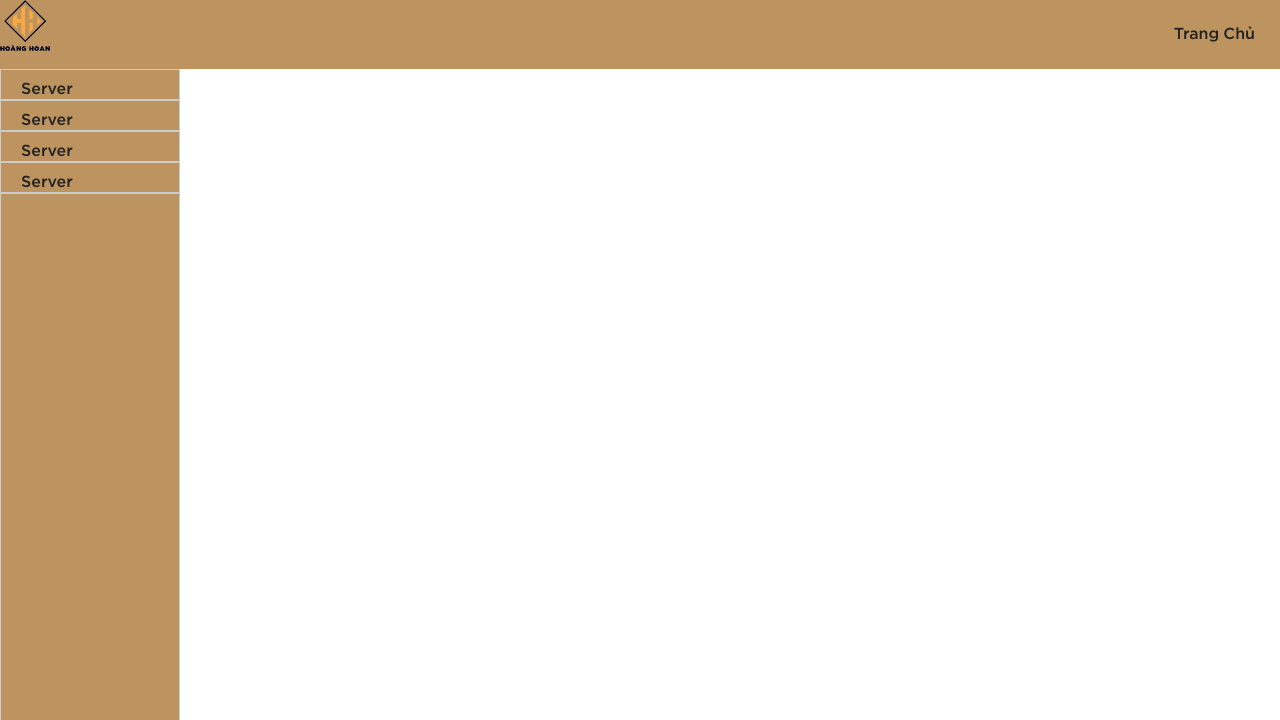
Repository: LDDUNG2003/prj_2
Page: /adminLocal
An editor plug-in stored every save of this project. The page is shown before and after a run of saves, followed by the edit.
The browser window is 1280 px wide. The pictures show the whole page.
The project was rebuilt for these pictures with package versions that can differ from the ones it lists, and the page was loaded fresh each time. Also part of the build but not shown: src/layouts/header/itemsHeader/index.js, src/layouts/header/loginHeader/index.js, src/layouts/header/index.js, src/layouts/footer/index.js, src/layouts/defaultLayout/index.js, src/styles/css/home.css, src/font-awesome/index.js, src/pages/home/setProductSlick/index.js and 10 more.

Above is the page before, as saved 2023-10-04 10:46:01.

### public/index.html
<!doctype html>
<html lang="en">
  <head>
    <meta charset="utf-8">
    <meta name="viewport" content="width=device-width, initial-scale=1">
    <link rel="shortcut icon" href="./img/logo.png">
    <link rel="preconnect" href="https://fonts.googleapis.com">
    <link rel="preconnect" href="https://fonts.gstatic.com" crossorigin>
    <link href="https://fonts.googleapis.com/css2?family=Roboto:ital,wght@0,100;0,300;0,400;0,500;1,100;1,400;1,500;1,700;1,900&display=swap" rel="stylesheet">
    <title>Nội Thất Hoàng Hoan</title>
  </head>
  <body>
    <div id="root"></div>
  </body>
</html>

### src/index.js
import React from 'react';
import ReactDOM from 'react-dom';
import App from './App';
import './index.css';

const root = ReactDOM.createRoot(document.getElementById('root'));
root.render(
  <React.StrictMode>
    <App />
  </React.StrictMode>,
);

### src/App.js
import React, { Component, Fragment } from 'react';
import { BrowserRouter as Router , Routes, Route } from 'react-router-dom';
import defaultLayout from './layouts/defaultLayout';
import AdminLayout from './layouts/AdminLayout';
import { publicRoute } from './routes';
import "slick-carousel/slick/slick.css";
import "slick-carousel/slick/slick-theme.css";
import './styles/css/responsive.css';

class App extends Component {
  render() {
    return (
      <Router>
        <div className="App">
        <Routes>
          {publicRoute.map((route ,index) => {
              const Page = route.component
              let Layout
              if(route.layout === 'notlayout'){
                Layout = Fragment
              }
              else if(route.layout === 'adminLayout'){
                Layout = AdminLayout
              }
              else{
                Layout = defaultLayout
              }
              return (<Route
                key={index}
                path={route.path}
                element={
                <Layout>
                    <Page/>
                  </Layout>
                }/>);
            })}
        </Routes>
        </div>
      </Router>
    );
  }
}

export default App;

### src/index.css
@font-face {
    font-family: "Gotham-Medium";
    src: url(./styles/front/Gotham-Medium.otf);
}

@font-face {
    font-family: "Gotham-Thin";
    src: url(./styles/front/Gotham-Thin.otf);
}

@font-face {
    font-family: "Gotham-Ultra";
    src: url(./styles/front/Gotham-Ultra.otf);
}

html,
body {
    height: 100%;
}

#root {
    height: 100%;
}

.App {
    height: 100%;
}

### src/layouts/AdminLayout/index.js
import Header from './Header'
import AdminMenu from './AdminMenu';

function AdminLayout({children}) {
    return (
       <div className='Admin-content'>
       <Header/>
       <div className="admin-content">
        <AdminMenu/><div className="content-admin">
          {children}
        </div>
       </div>
       </div>
     );
}

export default AdminLayout;

### src/routes/index.js
import Home from '~/pages/home'
import News from '~/pages/news'
import Contact from '~/pages/contact'
import page404 from '~/pages/notfoud'
import Login from '~/pages/login'
import AdminLocal from '~/pages/adminPage'
import Upload from '~/pages/adminPage/upLoad'
import LocaPage from '~/pages/adminPage/pageLocal'


const publicRoute = [
    {path: '/',component: Home},
    {path: '/news',component: News},
    {path: '/contact',component: Contact},
    {path: '/*',component: page404, layout: 'notlayout'},
    {path: '/login',component: Login,layout: 'notlayout'},
    {path: '/adminLocal/*',component:AdminLocal,layout: 'adminLayout'},
]

const AdminRoute = [
]

export  { AdminRoute, publicRoute}

### src/styles/css/responsive.css
@media (min-width:767px) {
    #mobileMenu {
        display: none;
    }
}

@media (max-width: 767px) {
    #root {
        margin: 0px 5px;
    }
    #mobileMenu {
        display: block;
        text-align: center;
    }
    .logo--block {
        width: 100%;
        display: flex;
        align-items: center;
        justify-content: space-between;
    }
    .navBar {
        display: block;
        height: auto;
    }
    .choose-item {
        width: 100%;
    }
    .menu-mobile {
        width: 40px;
        height: 40px;
        padding: 10px;
        border: 0px;
        background-color: var(--primary-color);
    }
    .news--item-container {
        font-size: 11px;
    }
    .content--title::before {
        display: none;
    }
    .new--item-heading {
        font-size: 14px;
    }
    .navBar__list {
        display: none;
        width: 100%;
    }
    .navBar__list-item {
        padding: 4px;
        border-bottom: 2px solid #ccc;
    }
    .about__us {
        background: none;
    }
    .about__us::before {
        background: none;
    }
    .content__focut {
        position: static;
    }
    .focut--item {
        width: 50%;
    }
    .content__banner {
        width: 100%;
    }
    .banner--content {
        display: none;
    }
    .slick-prev:before,
    .slick-next:before {
        display: none;
    }
    .about--background {
        display: none;
    }
    .about__us-bag {
        position: static;
    }
    .about--block {
        display: block;
    }
    .about--content {
        width: 100%;
        color: var(--text-color);
    }
    .about--content img {
        width: 100%;
    }
    .content--title {
        color: var(--text-color);
    }
    .news--contain {
        display: block;
    }
    .mobile-display {
        display: none;
    }
    .news--contain--item {
        width: 100%;
    }
    .news--list-item {
        width: 100%;
        overflow: hidden;
    }
    .news--list-item img {
        height: 100%;
    }
    .partner--list {
        flex-wrap: wrap;
    }
    .partner--item {
        width: 50%;
    }
    .content--contact {
        display: none;
    }
    .footer__lable {
        display: block;
    }
    .footer--list {
        width: 100%;
        padding: 10px 0px;
    }
    .footer--list-item {
        width: 100%;
        padding: 5px 0px;
    }
    /* news responsive */
    .news--content-list {
        margin: 0px 20px;
    }
    .news--content-item {
        width: 100%;
    }
    .featured--list {
        width: 100%;
        margin: 10px;
        flex-wrap: wrap;
    }
    .featured--item {
        width: 100%;
    }
}

### src/styles/css/base.css
* {
    padding: 0px;
    margin: 0px;
    font-family: "Gotham-Medium";
    text-align: justify;
}

:root {
    --primary-color: #bd945f;
    --text-color: #222222;
}


/* font setting */

.App {
    width: 100%;
    overflow: hidden;
    background-color: #fff;
}

.main {
    width: 100%;
}

.header {
    padding: 10px 0px;
    margin: auto;
    width: 100%;
    max-width: 1200px;
}

.navBar {
    display: flex;
    width: 100%;
    justify-content: space-between;
}

.logo {
    height: 60px;
}

.navBar__list {
    display: flex;
    list-style: none;
    align-items: center;
}

.navBar__list-item {
    margin: 0 10px;
    position: relative;
}

.navBar__list--link {
    text-transform: uppercase;
    font-size: 16px;
    color: var(--text-color);
    text-decoration: none;
}

.navBar__list-item::before {
    content: '';
    background-color: var(--primary-color);
    display: block;
    height: 4px;
    margin-top: 7px;
    width: 0px;
    top: 75%;
    position: absolute;
    transition: 0.3s;
    z-index: 1;
}

.Login--navBar {
    list-style: none;
    position: absolute;
    z-index: 1;
    width: 240px;
    background-color: #fff;
    padding: 15px;
    right: 0px;
    top: 150%;
    border-radius: 5px;
    border: solid 1px #ccc;
    display: none;
}

.Login--navBar::after {
    content: '';
    width: 120px;
    display: block;
    height: 9px;
    position: absolute;
    top: -9px;
    right: 0px;
}

.navBar__list-item:hover .Login--navBar {
    display: block;
}

.Login__list-item {
    padding: 4px 0px;
}

.select--item::before {
    content: '';
    background-color: var(--primary-color);
    display: block;
    height: 4px;
    margin-top: 7px;
    width: 65px;
    top: 75%;
    position: absolute;
    z-index: 1;
}

.navBar__list-item:hover::before {
    width: 65px;
}

.featured--content {
    padding-top: 10px;
    text-align: center;
}

.featured-name {
    display: contents;
    font-size: 18px;
    text-transform: capitalize;
}

.evaluate--list {
    list-style: none;
    display: flex;
    justify-content: center;
}

.evaluate--list li {
    padding: 5px;
    margin: 0;
}

.note-product {}

.content--title {
    font-size: 32px;
    padding: 50px 0px;
    text-align: center;
    position: relative;
    text-transform: uppercase;
}

.content--title::before {
    content: '';
    background-color: var(--primary-color);
    width: 90px;
    height: 9px;
    position: absolute;
    top: 70%;
    right: 47%;
}

.content__featured {
    width: 100%;
    max-width: 1200px;
    margin: auto;
    padding-bottom: 30px;
}

.featured--list {
    width: 100%;
    list-style: none;
    display: flex;
    text-align: center;
}

.featured--item {}

.featured--img {
    width: 80%;
    margin: auto;
}

.price-product {
    text-align: center;
    padding: 7px 0px;
    font-weight: 800;
    font-size: 16px;
}

.slick-prev:before,
.slick-next:before {
    color: var(--primary-color) !important;
    width: 15px;
    display: inline-block;
}

.footer {
    padding: 20px 0px;
    background-color: black;
}

.footer__lable {
    max-width: 1200px;
    margin: auto;
    display: flex;
    width: 100%;
    justify-content: space-around;
    color: #fff;
    justify-content: space-between;
}

.footer--list {
    list-style: none;
    width: 32%;
}

.footer--list-item {
    font-size: 16px;
    padding-top: 8px;
    text-transform: capitalize;
    font-family: initial;
}

.footer--list-heading {
    font-size: 18px;
    font-weight: 300;
    text-transform: uppercase;
    position: relative;
    padding-bottom: 0px;
    font-family: 'Gotham-Medium';
}

.footer--list-heading::after {
    content: '';
    background-color: var(--primary-color);
    width: 110px;
    padding-top: 6px;
    position: absolute;
    left: 0px;
    bottom: -8px;
}

.footer--inheri {
    text-transform: uppercase;
    font-weight: 600;
    font-size: 18px;
}

.footer--list-contact {
    display: flex;
    list-style: none;
}

.fooder--list-contact-item {
    width: 16px;
    padding: 5px;
}

### src/layouts/AdminLayout/Header/index.js
import { Link } from "react-router-dom";
import Logo from "~/logo.png"
import '../styles/index.css'
function Header() {
    var LinkStyle = 'padding-left: 20px;'
    return (
        <nav className="admin_laybel">
            <Link to="/"><img className="logo-admin" src={Logo} alt="" /></Link>
            <ul className="admin-List">
                <li className='Admin-item'><Link className="admin-Link" to='/'>Trang Chủ</Link></li>
            </ul>
        </nav>
     );
}

export default Header;

### src/layouts/AdminLayout/AdminMenu/index.js
import { Link } from "react-router-dom";

function AdminMenu() {
    return (
        <nav className="Menu-Admin">
            <ul className="Menu-List">
                <li className="Menu-List--item"><Link className="admin-Link" to='/'>Server</Link></li>
                <li className="Menu-List--item"><Link className="admin-Link" to='/'>Server</Link></li>
                <li className="Menu-List--item"><Link className="admin-Link" to='/'>Server</Link></li>
                <li className="Menu-List--item"><Link className="admin-Link" to='/'>Server</Link></li>
            </ul>
        </nav>
    );
}

export default AdminMenu;

### src/pages/adminPage/index.js
function AdminLocal() {
    return (
        <>
        <h1>Hello</h1>
        </>
     );
}

export default AdminLocal;

### src/layouts/AdminLayout/styles/index.css
.Admin-content {
    height: 100%;
}

.logo-admin {
    width: 50px;
    filter: contrast(200%);
}

.admin_laybel {
    background-color: var(--primary-color);
    display: flex;
    width: 100%;
    justify-content: space-between;
    margin: auto;
}

.admin-List {
    display: flex;
    padding: 10px;
    list-style: none;
}

.Admin-item {
    padding: 15px;
}

.admin-Link {
    font-size: 1rem;
    color: var(--text-color);
    text-decoration: none;
    text-transform: capitalize;
    width: 100%;
    display: block;
}

.admin-Link:hover {
    color: white !important;
}

.admin-content {
    display: flex;
    width: 100%;
    margin: auto;
    height: 100%;
}

.Menu-Admin {
    width: 180px;
    height: 100%;
    background-color: var(--primary-color);
    border: 1px solid #ccc;
    position: fixed;
}

.Menu-List {
    list-style: none;
}

.Menu-List--item {
    padding-left: 20px;
    padding-top: 10px;
    border-bottom: 2px solid #ccc;
    width: 100%;
}

.Menu-List--item:hover {
    background-color: wheat !important;
}

### src/pages/notfoud/index.css
* {
    -webkit-box-sizing: border-box;
    box-sizing: border-box;
}

body {
    padding: 0;
    margin: 0;
}

#notfound {
    position: relative;
    height: 100vh;
}

#notfound .notfound {
    position: absolute;
    left: 50%;
    top: 50%;
    -webkit-transform: translate(-50%, -50%);
    -ms-transform: translate(-50%, -50%);
    transform: translate(-50%, -50%);
}

.notfound {
    max-width: 520px;
    width: 100%;
    line-height: 1.4;
    text-align: center;
}

.notfound .notfound-404 {
    position: relative;
    height: 200px;
    margin: 0px auto 20px;
    z-index: -1;
}

.notfound .notfound-404 h1 {
    font-family: 'Montserrat', sans-serif;
    font-size: 236px;
    font-weight: 200;
    margin: 0px;
    color: #211b19;
    text-transform: uppercase;
    position: absolute;
    left: 50%;
    top: 50%;
    -webkit-transform: translate(-50%, -50%);
    -ms-transform: translate(-50%, -50%);
    transform: translate(-50%, -50%);
}

.notfound .notfound-404 h2 {
    font-family: 'Montserrat', sans-serif;
    font-size: 28px;
    font-weight: 400;
    text-transform: uppercase;
    color: #211b19;
    background: #fff;
    padding: 10px 5px;
    margin: auto;
    display: inline-block;
    position: absolute;
    bottom: 0px;
    left: 0;
    right: 0;
}

.notfound a {
    font-family: 'Montserrat', sans-serif;
    display: inline-block;
    font-weight: 700;
    text-decoration: none;
    color: #fff;
    text-transform: uppercase;
    padding: 13px 23px;
    background: #ff6300;
    font-size: 18px;
    -webkit-transition: 0.2s all;
    transition: 0.2s all;
}

.notfound a:hover {
    color: #ff6300;
    background: #211b19;
}

@media only screen and (max-width: 767px) {
    .notfound .notfound-404 h1 {
        font-size: 148px;
    }
}

@media only screen and (max-width: 480px) {
    .notfound .notfound-404 {
        height: 148px;
        margin: 0px auto 10px;
    }
    .notfound .notfound-404 h1 {
        font-size: 86px;
    }
    .notfound .notfound-404 h2 {
        font-size: 16px;
    }
    .notfound a {
        padding: 7px 15px;
        font-size: 14px;
    }
}

### src/styles/css/login.css
.login-page {
    width: 100%;
    height: 100%;
    padding: auto;
    padding: 10% 0 10% 0;
    margin: auto;
    background-color: #87c98b;
}

.form {
    position: relative;
    z-index: 1;
    background: #ffffff;
    max-width: 360px;
    margin: 0 auto 100px;
    padding: 45px;
    text-align: center;
    box-shadow: 0 0 20px 0 rgba(0, 0, 0, 0.2), 0 5px 5px 0 rgba(0, 0, 0, 0.24);
}

.form input {
    font-family: "Roboto", sans-serif;
    outline: 0;
    background: #f2f2f2;
    width: 100%;
    border: 0;
    margin: 0 0 15px;
    padding: 15px;
    box-sizing: border-box;
    font-size: 14px;
}

.form button {
    font-family: "Roboto", sans-serif;
    text-transform: uppercase;
    outline: 0;
    background: #4CAF50;
    width: 100%;
    border: 0;
    padding: 15px;
    color: #FFFFFF;
    font-size: 14px;
    -webkit-transition: all 0.3 ease;
    transition: all 0.3 ease;
    cursor: pointer;
}

.form button:hover,
.form button:active,
.form button:focus {
    background: #43A047;
}

.form .message {
    margin: 15px 0 0;
    color: #b3b3b3;
    font-size: 12px;
}

.form .message a {
    color: #4CAF50;
    text-decoration: none;
}

.form .register-form {
    display: none;
}

.container {
    position: relative;
    z-index: 1;
    max-width: 300px;
    margin: 0 auto;
}

.container:before,
.container:after {
    content: "";
    display: block;
    clear: both;
}

.container .info {
    margin: 50px auto;
    text-align: center;
}

.container .info h1 {
    margin: 0 0 15px;
    padding: 0;
    font-size: 36px;
    font-weight: 300;
    color: #1a1a1a;
}

.container .info span {
    color: #4d4d4d;
    font-size: 12px;
}

.container .info span a {
    color: #000000;
    text-decoration: none;
}

.container .info span .fa {
    color: #EF3B3A;
}

body {
    /* background: #76b852; */
    /* fallback for old browsers */
    /* background: rgb(141, 194, 111);
    background: linear-gradient(90deg, rgba(141, 194, 111, 1) 0%, rgba(118, 184, 82, 1) 50%); */
    font-family: "Roboto", sans-serif;
    -webkit-font-smoothing: antialiased;
    -moz-osx-font-smoothing: grayscale;
}

After the next 3 saves:
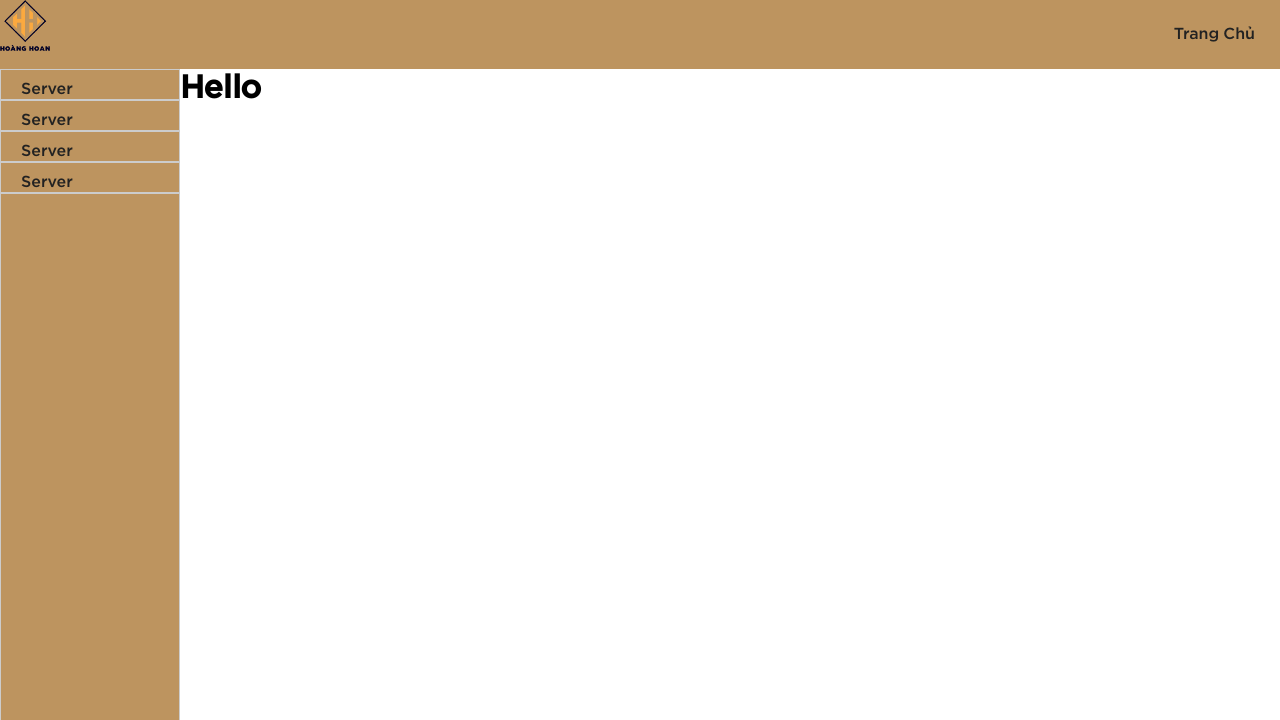
The 3 saves are shown as one change because they came seconds apart.
The last was saved 32 s later.
--- a/src/layouts/AdminLayout/styles/index.css
+++ b/src/layouts/AdminLayout/styles/index.css
@@ -50,7 +50,7 @@
     height: 100%;
     background-color: var(--primary-color);
     border: 1px solid #ccc;
-    position: fixed;
+    /* position: fixed; */
 }
 
 .Menu-List {

After the 3 saves that followed:
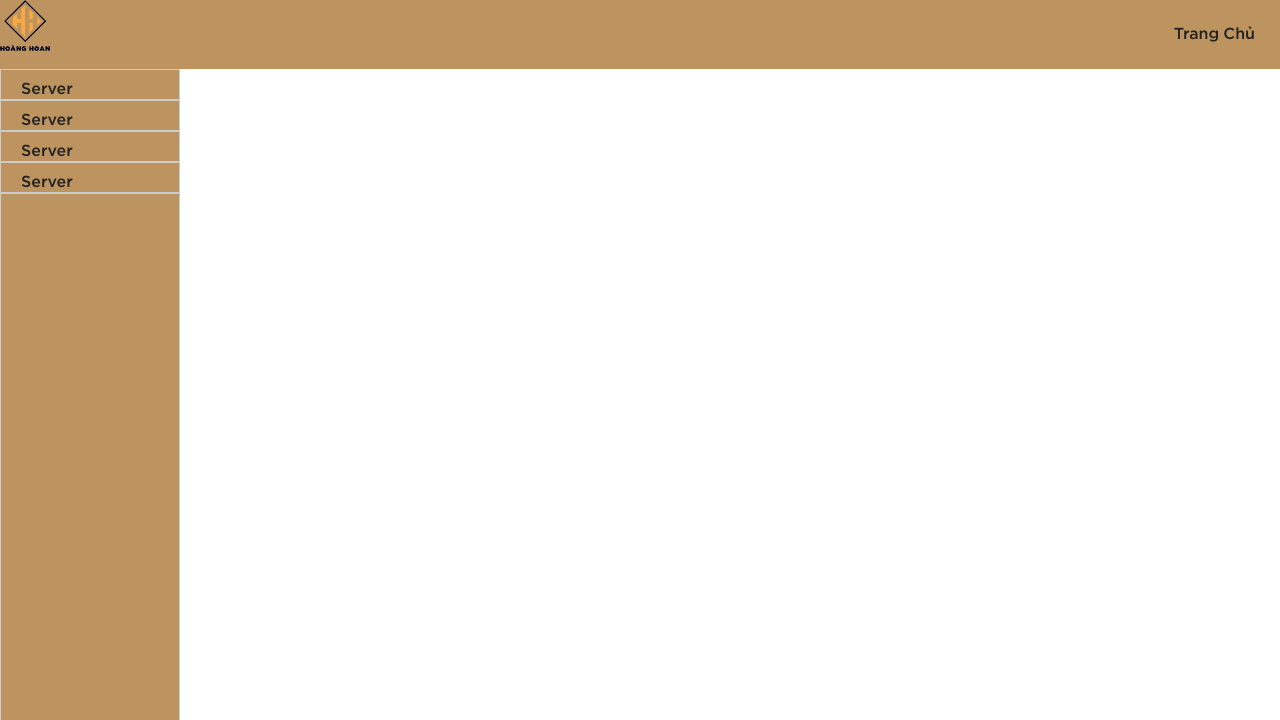
The 3 saves are shown as one change because they came seconds apart.
The last was saved 6 s later.
--- a/src/layouts/AdminLayout/styles/index.css
+++ b/src/layouts/AdminLayout/styles/index.css
@@ -50,7 +50,7 @@
     height: 100%;
     background-color: var(--primary-color);
     border: 1px solid #ccc;
-    /* position: fixed; */
+    position: fixed;
 }
 
 .Menu-List {
